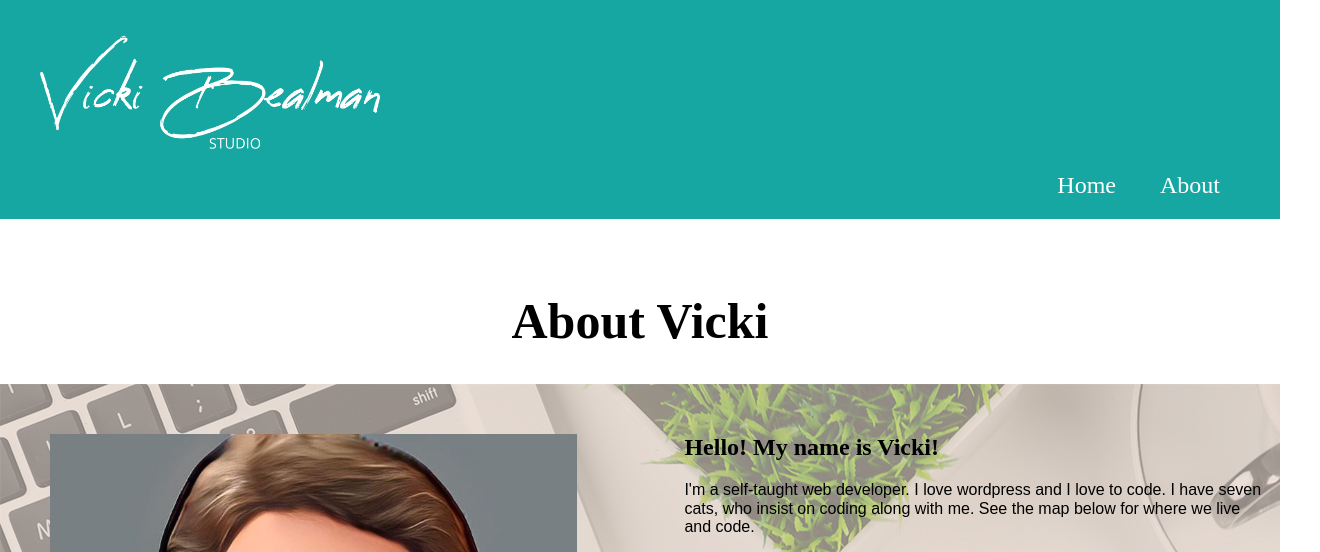
Repository: DrVicki/master
Page: about.html
An editor plug-in stored every save of this project. The page is shown before and after the next save, followed by the edit.
The browser window is 1280 px wide. The page is 1320 px wide, then 1280 px, then 1320 px, so the pictures cover 1320 px, including what lies to the right of the window. The pictures show the part of the page from y = 0 to 552 px (the page is 1421 px tall before and 1394 px after).
Pictures or frames that could not be fetched are drawn as grey boxes.

Above is the page before, as saved 2022-06-13 09:17:03.

After the next save:
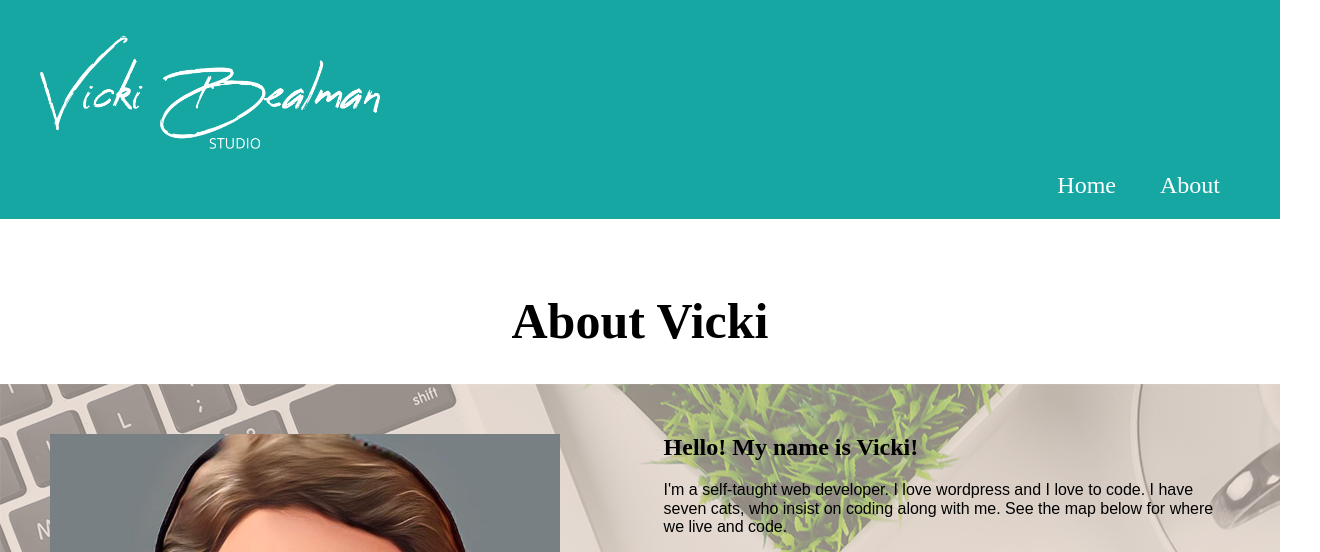
Saved 18 s later.
--- a/styles/style.css
+++ b/styles/style.css
@@ -50,7 +50,7 @@
 }
 
 .wrap {
-    width: 100%;
+    width: 100% v;
     padding: 20px;
     margin: 0 auto;
 }

After the save that followed:
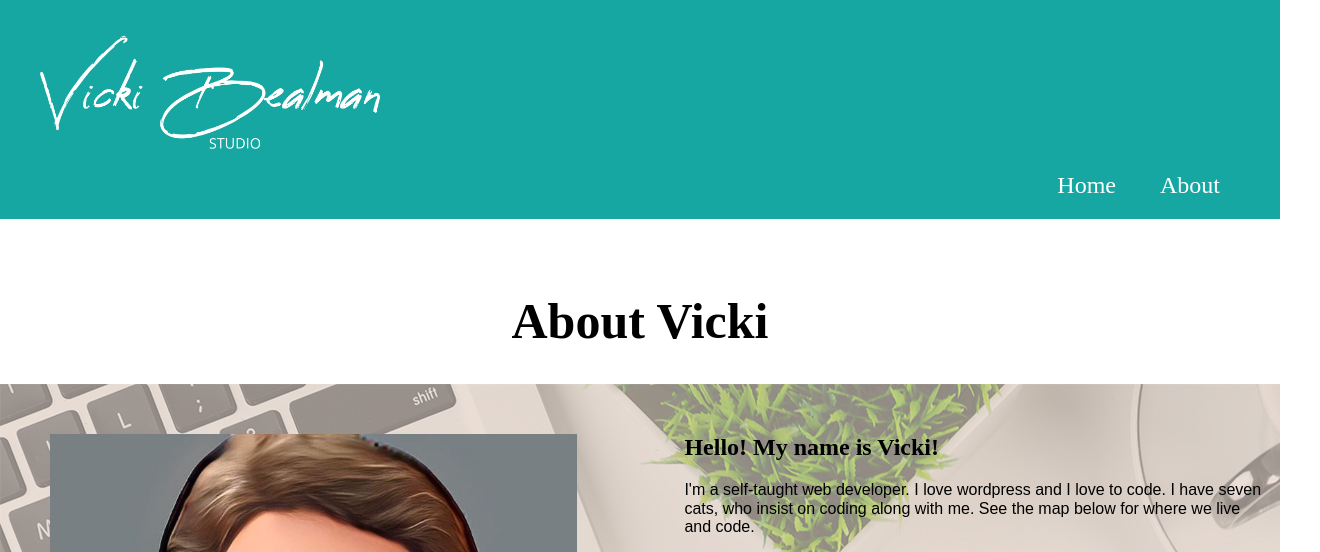
Saved 4 s later.
--- a/styles/style.css
+++ b/styles/style.css
@@ -50,7 +50,7 @@
 }
 
 .wrap {
-    width: 100% v;
+    width: 100%;
     padding: 20px;
     margin: 0 auto;
 }
